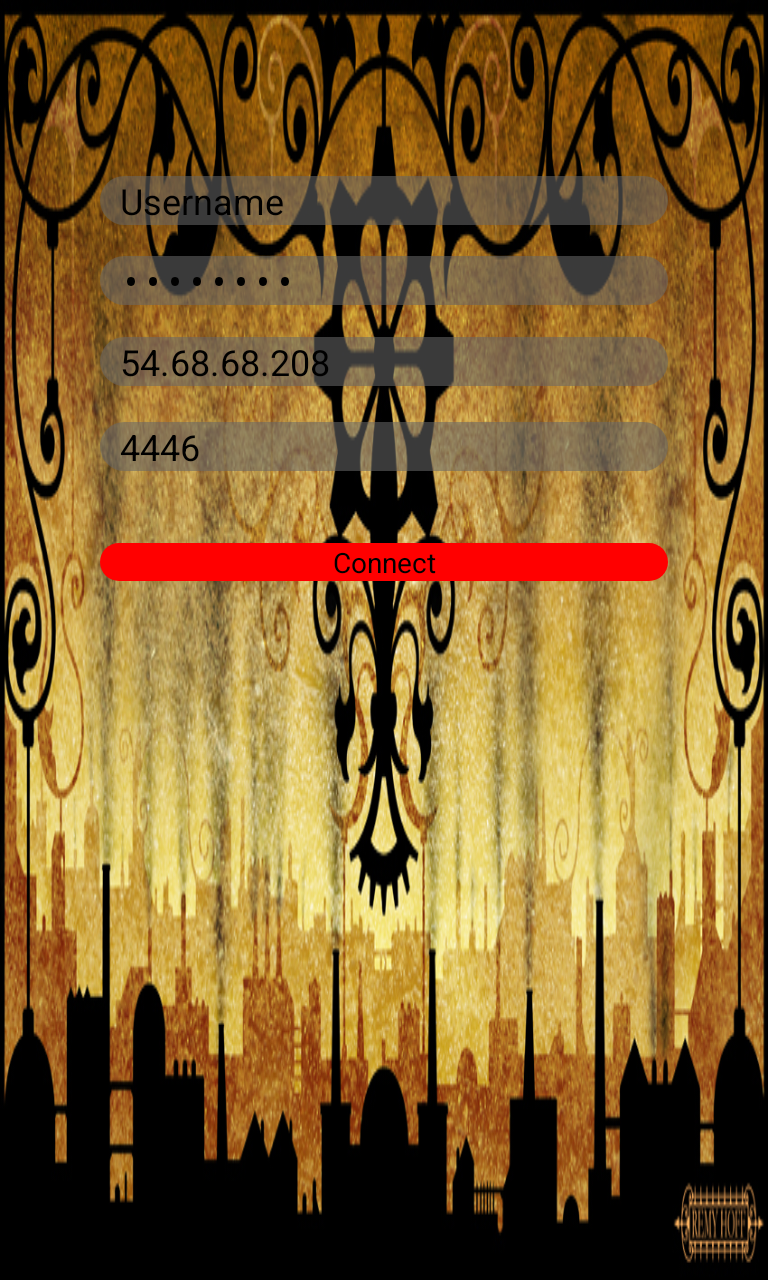
Repository: jkrepps/CSCE-482
Layout: Mobile Client (eclipse)/Industry of Deciet/res/layout/mains.xml
These files come from the project's save history. The layout is drawn as it stood at one moment and after the next save; the edit follows.
It is drawn on a 768 x 1280 px phone screen (xhdpi) without system bars, with theme AppTheme; the app's code is not run.

Above is the layout before, as saved 2014-12-03 11:06:52.

### Mobile Client (eclipse)/Industry of Deciet/res/layout/mains.xml
<?xml version="1.0" encoding="utf-8"?>
<FrameLayout xmlns:android="http://schemas.android.com/apk/res/android"
    android:layout_width="match_parent"
    android:layout_height="match_parent"
    android:background="@drawable/background_opening"
    android:theme="@android:style/Theme.NoTitleBar"
    >

    <!-- android:background="#0099cc"
         The primary full-screen view. This can be replaced with whatever view
         is needed to present your content, e.g. VideoView, SurfaceView,
         TextureView, etc.

    -->

    <!--
         This FrameLayout insets its children based on system windows using
         android:fitsSystemWindows.
    -->

    <RelativeLayout
        android:layout_width="match_parent"
        android:layout_height="match_parent"
        android:focusable="false"
        android:focusableInTouchMode="false"
        android:paddingLeft="50dp"
        android:paddingRight="50dp" >

        <EditText
            android:id="@+id/editText3"
            android:layout_width="match_parent"
            android:layout_height="wrap_content"
            android:layout_alignParentLeft="true"
            android:layout_below="@+id/editText2"
            android:layout_marginTop="16dp"
            android:background="@drawable/roundededittext"
            android:ems="10"
            android:inputType="textPersonName"
            android:paddingLeft="10dp"
            android:text="@string/IP"
            android:textColor="#FF000000" />

        <EditText
            android:id="@+id/editText4"
            android:layout_width="match_parent"
            android:layout_height="wrap_content"
            android:layout_alignParentLeft="true"
            android:layout_below="@+id/editText3"
            android:layout_marginTop="18dp"
            android:background="@drawable/roundededittext"
            android:ems="10"
            android:inputType="textPersonName"
            android:paddingLeft="10dp"
            android:text="@string/Port"
            android:textColor="#FF000000" />

        <EditText
            android:id="@+id/editText2"
            android:layout_width="match_parent"
            android:layout_height="wrap_content"
            android:layout_alignParentLeft="true"
            android:layout_alignParentTop="true"
            android:layout_marginTop="128dp"
            android:background="@drawable/roundededittext"
            android:ems="10"
            android:inputType="textPassword"
            android:paddingLeft="10dp"
            android:selectAllOnFocus="true"
            android:text="Password"
            android:textColor="#FF000000" />

        <Button
            android:id="@+id/button1"
            android:layout_width="match_parent"
            android:layout_height="wrap_content"
            android:layout_alignParentLeft="true"
            android:layout_below="@+id/editText4"
            android:layout_marginTop="36dp"
            android:background="@drawable/roundedButton"
            android:text="@string/button_main_menu"
            android:textColor="#FF000000" />

        <EditText
            android:id="@+id/editText1"
            android:layout_width="match_parent"
            android:layout_height="wrap_content"
            android:layout_alignBottom="@+id/editText2"
            android:layout_alignParentLeft="true"
            android:layout_marginBottom="40dp"
            android:background="@drawable/roundededittext"
            android:ems="10"
            android:inputType="textPersonName"
            android:paddingLeft="10dp"
            android:selectAllOnFocus="true"
            android:text="Username"
            android:textColor="#FF000000" />

    </RelativeLayout>

</FrameLayout>

### Mobile Client (eclipse)/Industry of Deciet/res/drawable-hdpi/roundededittext.xml
<?xml version="1.0" encoding="utf-8"?>
<!--  res/drawable/rounded_edittext.xml -->
<shape xmlns:android="http://schemas.android.com/apk/res/android"
android:shape="rectangle" android:padding="10dp">
 <solid android:color="#90676767"/>
    <corners
     android:bottomRightRadius="15dp"
     android:bottomLeftRadius="15dp"
  android:topLeftRadius="15dp"
  android:topRightRadius="15dp"/>
</shape>

### Mobile Client (eclipse)/Industry of Deciet/res/values/strings.xml
<?xml version="1.0" encoding="utf-8"?>
<resources>

    <string name="app_name">Industry of Deceit</string>
    <string name="dummy_button">Dummy Button</string>
    <string name="dummy_content">DUMMY\nCONTENT</string>
    <string name="hello_world">Hello world!</string>
    <string name="userText">Enter Text </string>
    <string name="menu_settings">Settings</string>
    <string name="username">yo</string>
    <string name="password">hihi</string>
    <string name="IP">54.68.68.208 </string>
    <string name="Port">4446 </string>
    <string name="button_main_menu">Connect</string>
    <string name="Centered"></string>

</resources>

### Mobile Client (eclipse)/Industry of Deciet/res/drawable-hdpi/roundedButton.xml
<?xml version="1.0" encoding="UTF-8"?>
 <shape xmlns:android="http://schemas.android.com/apk/res/android"
  android:shape="rectangle" android:padding="10dp">
 <solid android:color="#FF0000"/> <!-- this one is ths color of the Rounded Button -->
  <corners
   android:bottomRightRadius="10dp"
   android:bottomLeftRadius="10dp"
   android:topLeftRadius="10dp"
   android:topRightRadius="10dp"/>
</shape>

Loaded but not shown: Mobile Client (eclipse)/Industry of Deciet/res/values/styles.xml (common file); Mobile Client (eclipse)/Industry of Deciet/res/values-v11/styles.xml (common file); Mobile Client (eclipse)/Industry of Deciet/res/values-v14/styles.xml (common file)

After the next save:
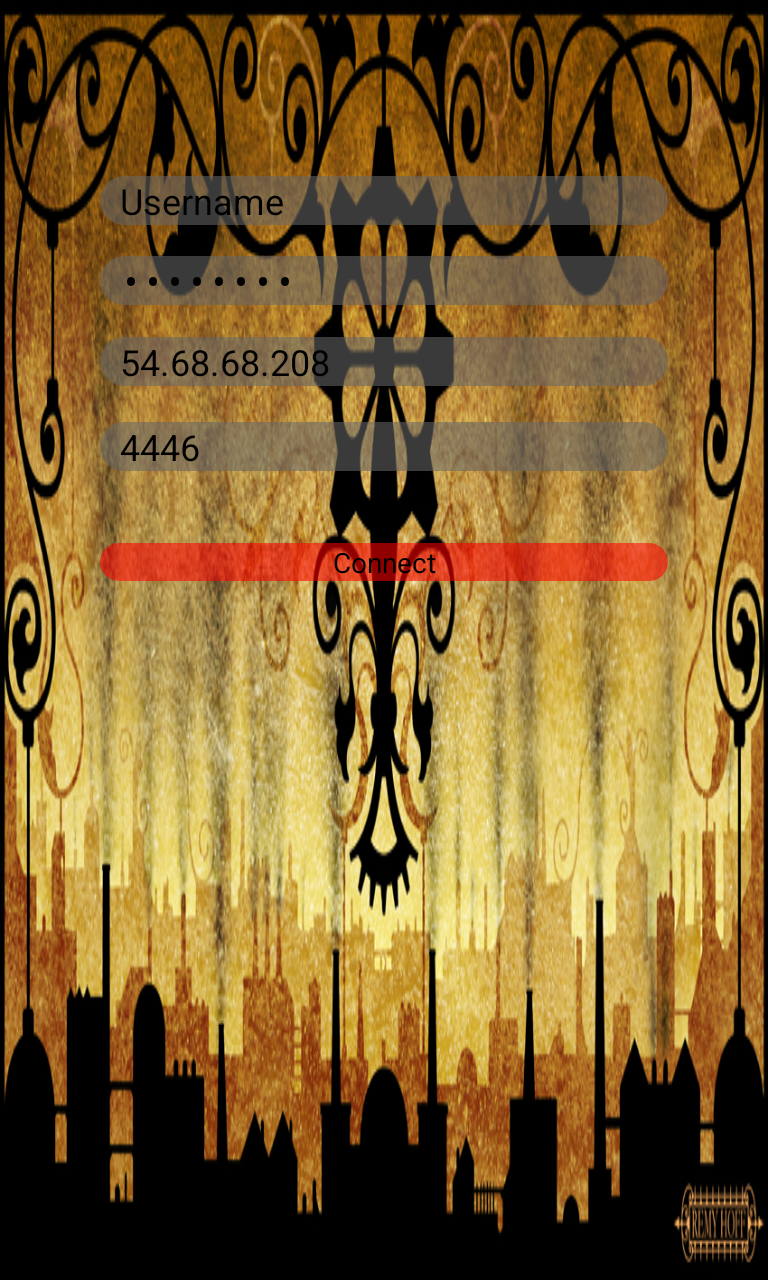
Saved 37 s later.
--- a/Mobile Client (eclipse)/Industry of Deciet/res/drawable-hdpi/roundedButton.xml
+++ b/Mobile Client (eclipse)/Industry of Deciet/res/drawable-hdpi/roundedButton.xml
@@ -1,7 +1,7 @@
 <?xml version="1.0" encoding="UTF-8"?>
  <shape xmlns:android="http://schemas.android.com/apk/res/android"
   android:shape="rectangle" android:padding="10dp">
- <solid android:color="#FF0000"/> <!-- this one is ths color of the Rounded Button -->
+ <solid android:color="#90FF0000"/> <!-- this one is ths color of the Rounded Button -->
   <corners
    android:bottomRightRadius="10dp"
    android:bottomLeftRadius="10dp"
